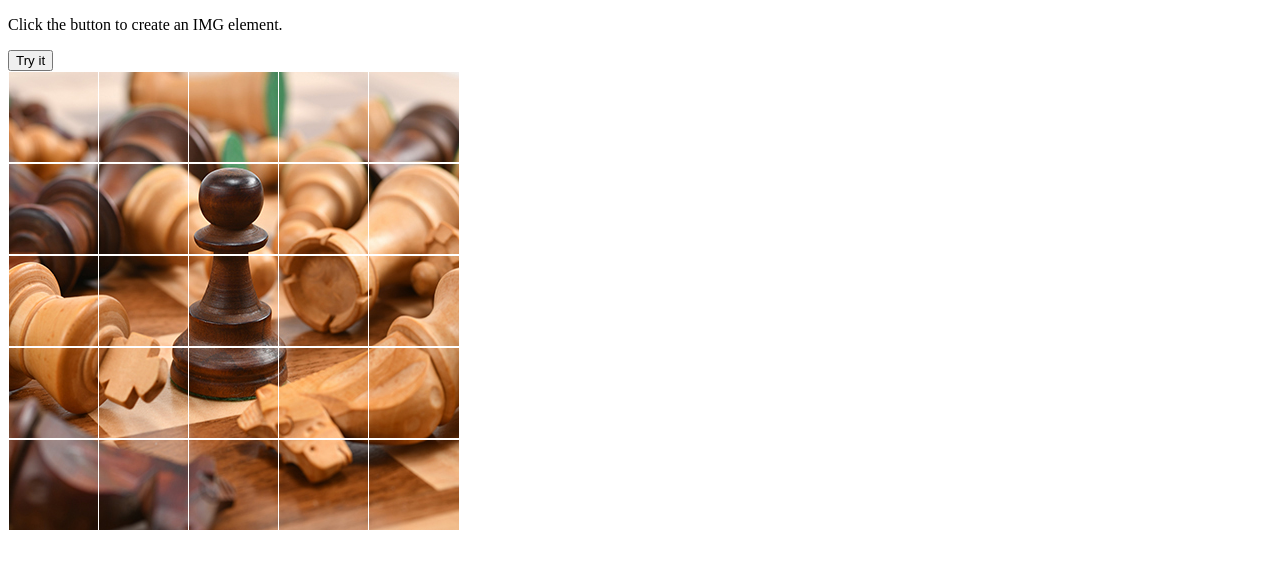
Repository: rashmikagamage/puzzle-vanila-js
Page: index.html
These files come from the project's save history. The page is drawn as it stood at one moment and after the next save; the edit follows.
The browser window is 1280 px wide. The pictures show the whole page.

Above is the page before, as saved 2020-08-05 23:08:53.

After the next save:
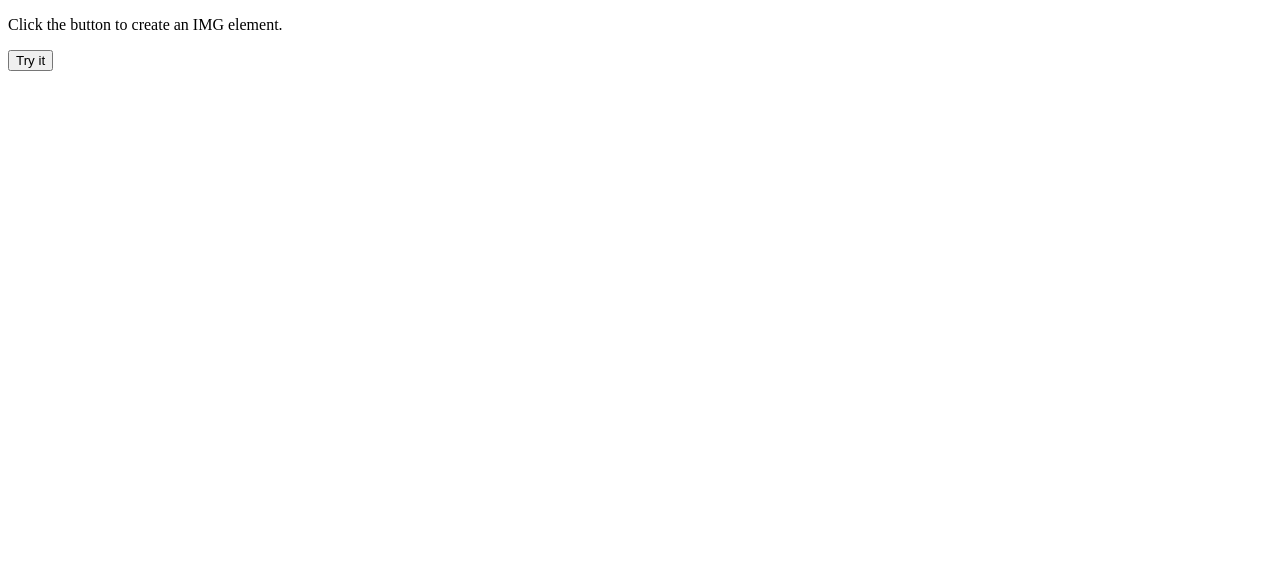
Console error: TypeError: Failed to execute 'addEventListener' on 'EventTarget': parameter 2 is not of type 'Object'.
Saved 33 s later.
--- a/function.js
+++ b/function.js
@@ -27,7 +27,7 @@
             x.style.backgroundPosition = xPosition + "% " + yPosition + "%"
             x.id = "img" + idCount;
             x.draggable = "true";
-            x.addEventListener("ondragstart()", () => { console.log("a") })
+            x.addEventListener("ondragstart()", "call()")
                 //x.addEventListener("click","move()")
             document.getElementById("imgContainer").appendChild(x);
             xPosition = xPosition + (100 / (num - 1));
@@ -36,4 +36,8 @@
     }
 }
 
+function call() {
+    console.log("dd")
+}
+
 myFunction(5);

After the 5 saves that followed:
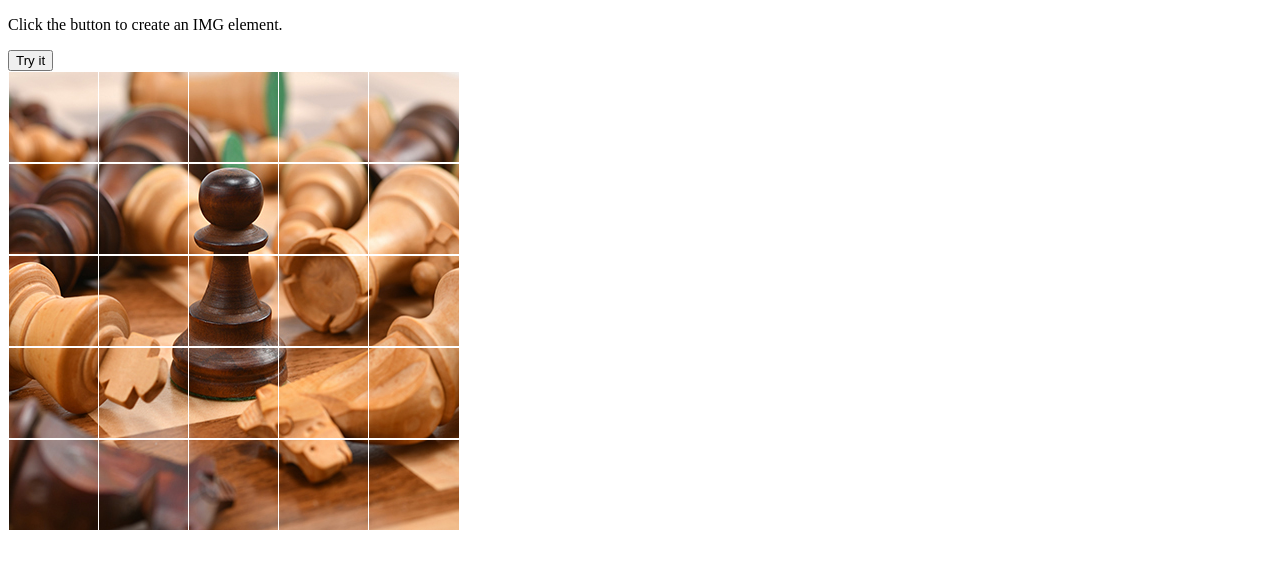
The error is gone.
The 5 saves are shown as one change because 4 left the picture as it was.
The last was saved 2 min 30 s later.
--- a/function.js
+++ b/function.js
@@ -1,3 +1,7 @@
+function call() {
+    console.log("dd");
+}
+
 function myFunction(num) {
 
     let cellSize = 450 / num + "px";
@@ -27,7 +31,7 @@
             x.style.backgroundPosition = xPosition + "% " + yPosition + "%"
             x.id = "img" + idCount;
             x.draggable = "true";
-            x.addEventListener("ondragstart()", "call()")
+            x.addEventListener("dragstart", call())
                 //x.addEventListener("click","move()")
             document.getElementById("imgContainer").appendChild(x);
             xPosition = xPosition + (100 / (num - 1));
@@ -36,8 +40,6 @@
     }
 }
 
-function call() {
-    console.log("dd")
-}
+
 
 myFunction(5);
